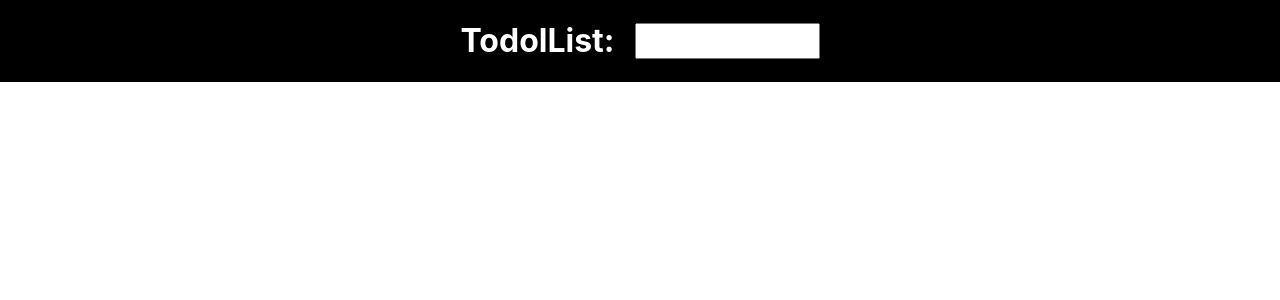
Repository: zhenzhen-gong/react-learning
Page: /login
These files come from the project's save history. The page is drawn as it stood at one moment and after the next save; the edit follows.
The browser window is 1280 px wide. The pictures show the whole page.
The project was rebuilt for these pictures with package versions that can differ from the ones it lists, and the page was loaded fresh each time.

Above is the page before, as saved 2021-04-16 17:24:19.

After the next save:
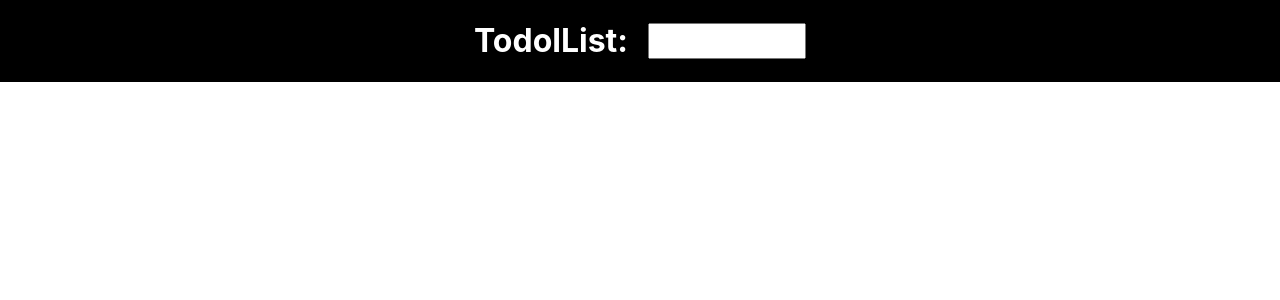
Saved 5 s later.
--- a/src/component/todolList/todolList.css
+++ b/src/component/todolList/todolList.css
@@ -10,5 +10,5 @@
 }
 .title input {
     height: 30px;
-    width: 150p;
+    width: 150px;
 }
